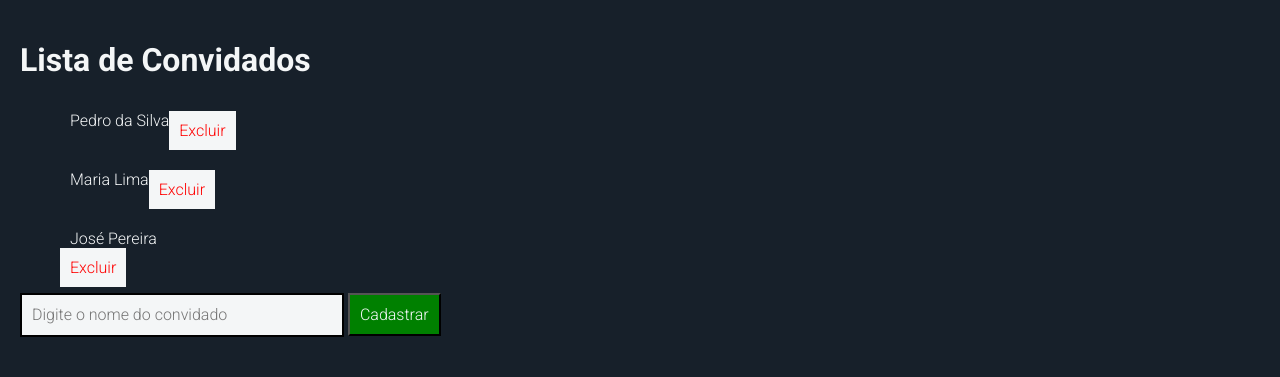
Repository: andrevff/lista-de-convidados
Page: index.html
The author's editor kept a copy of each file at every save. The page is drawn from the files as they stood at one save, then again after a run of saves.
The browser window is 1280 px wide. The pictures show the whole page.

Above is the page before, as saved 2022-11-29 17:58:30.

After the next 2 saves:
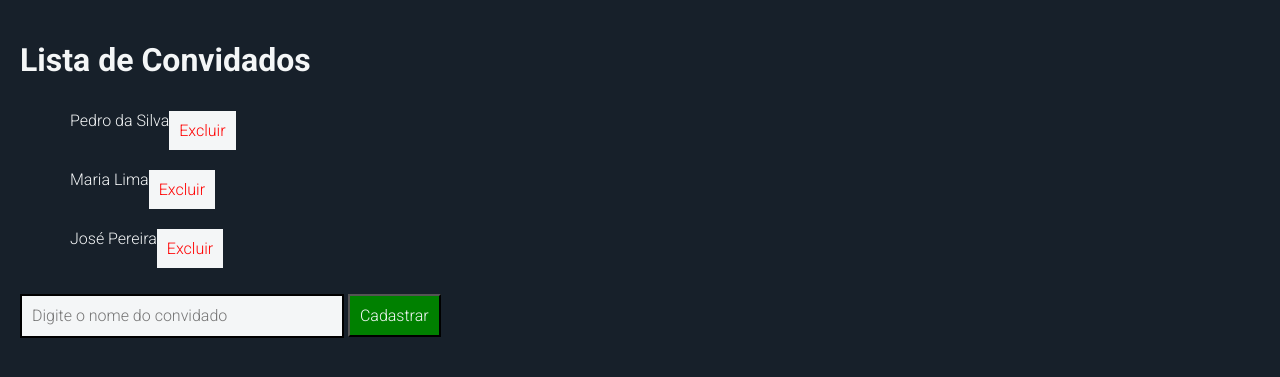
The 2 saves are shown as one change because they came seconds apart.
The last was saved 9 s later.
--- a/index.html
+++ b/index.html
@@ -22,9 +22,9 @@
             </li>
             <li>
                 José Pereira
+                <a href="#">Excluir</a>
+            </li>
 
-            </li>
-            <a href="#">Excluir</a >
         </ul>
 
         <input type="text" name="" placeholder="Digite o nome do convidado" id="campo">
